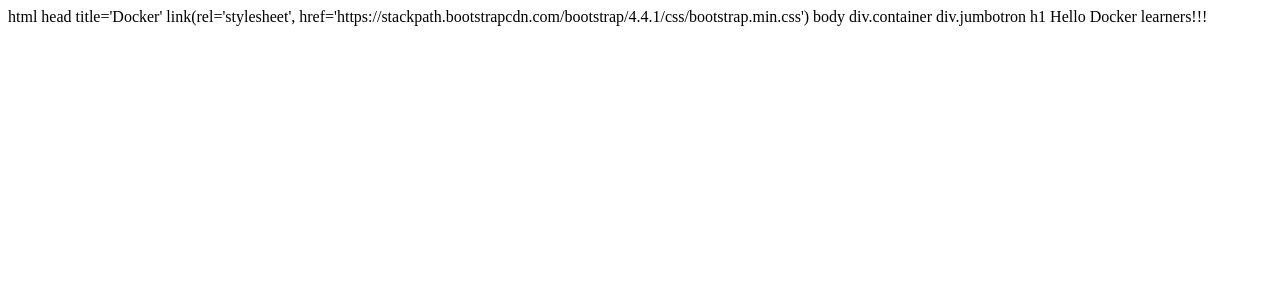
Repository: red-star25/docker_tutorial_sample_nodejs_app
Page: views/home.html
These files come from the project's save history. The page is drawn as it stood at one moment and after the next save; the edit follows.
The browser window is 1280 px wide. The pictures show the whole page.

Above is the page before, as saved 2026-03-06 13:45:11.

After the next save:
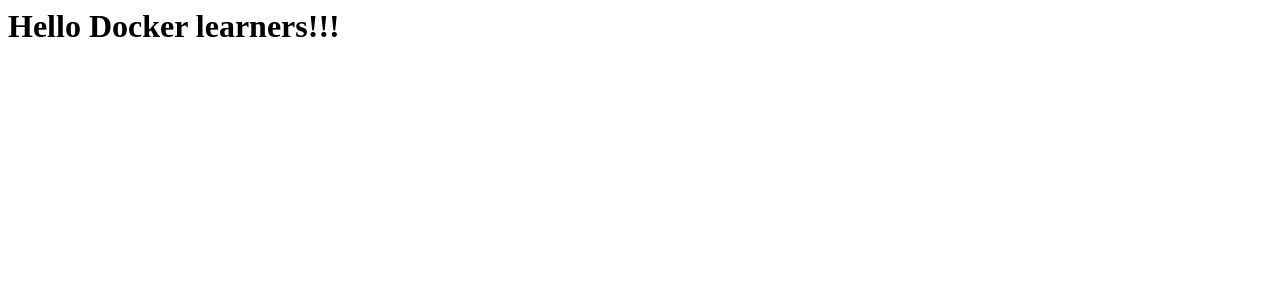
Saved 14 s later.
--- a/views/home.html
+++ b/views/home.html
@@ -1,8 +1,8 @@
-html
-  head
-    title='Docker'
-    link(rel='stylesheet', href='https://stackpath.bootstrapcdn.com/bootstrap/4.4.1/css/bootstrap.min.css')
-  body
-    div.container
-      div.jumbotron
-        h1 Hello Docker learners!!!
+<html>
+  <head>
+    <title>Docker</title>
+  </head>
+  <body>
+    <h1>Hello Docker learners!!!</h1>
+  </body>
+</html>
